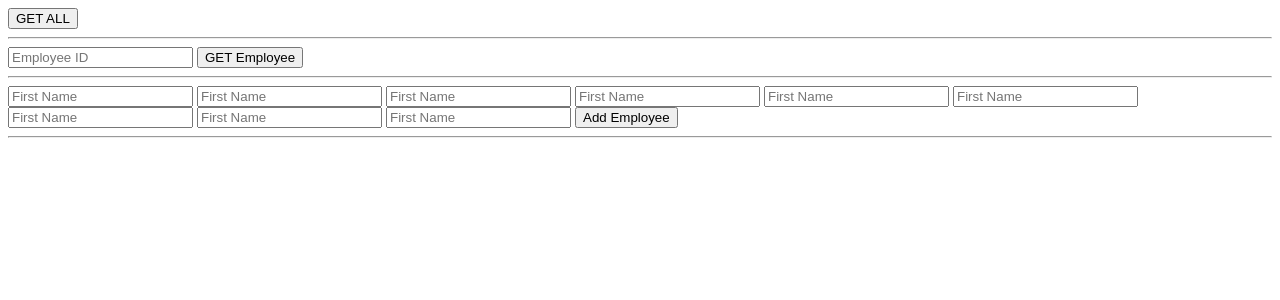
Repository: ashiqimran/training-lab
Page: workspace/RESTApp/WebContent/index.html
These files come from the project's save history. The page is drawn as it stood at one moment and after the next save; the edit follows.
The browser window is 1280 px wide. The pictures show the whole page.
Some web libraries are served in a nearby version.

Above is the page before, as saved 2015-05-03 17:22:28.

After the next save:
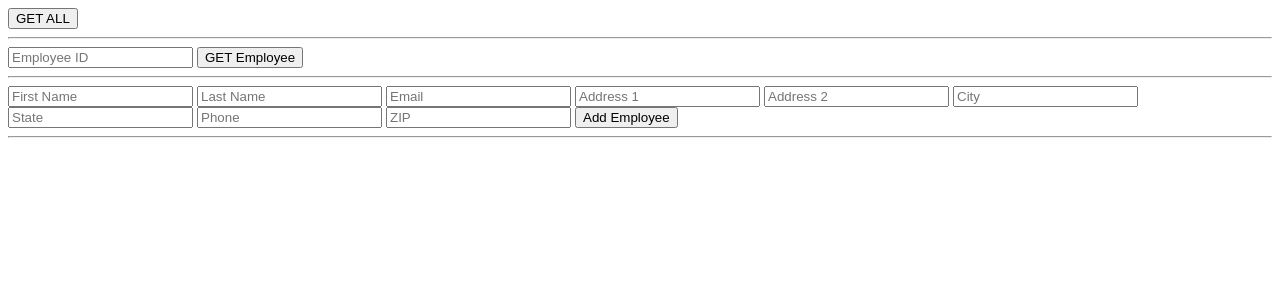
Saved 73 s later.
--- a/workspace/RESTApp/WebContent/index.html
+++ b/workspace/RESTApp/WebContent/index.html
@@ -12,15 +12,15 @@
 	<hr>
 
 	<form>
-	<input type="text" placeholder="First Name" id="firstName_btn">
-	<input type="text" placeholder="First Name" id="firstName_btn">
-	<input type="text" placeholder="First Name" id="firstName_btn">
-	<input type="text" placeholder="First Name" id="firstName_btn">
-	<input type="text" placeholder="First Name" id="firstName_btn">
-	<input type="text" placeholder="First Name" id="firstName_btn">
-	<input type="text" placeholder="First Name" id="firstName_btn">
-	<input type="text" placeholder="First Name" id="firstName_btn">
-	<input type="text" placeholder="First Name" id="firstName_btn">
+	<input type="text" placeholder="First Name" id="firstName">
+	<input type="text" placeholder="Last Name" id="lastName">
+	<input type="text" placeholder="Email" id="email">
+	<input type="text" placeholder="Address 1" id="address1">
+	<input type="text" placeholder="Address 2" id="address2">
+	<input type="text" placeholder="City" id="city">
+	<input type="text" placeholder="State" id="state">
+	<input type="text" placeholder="Phone" id="phone">
+	<input type="text" placeholder="ZIP" id="zip">
 
 	<button id="addEmp_btn">Add Employee</button>
 	</form>
